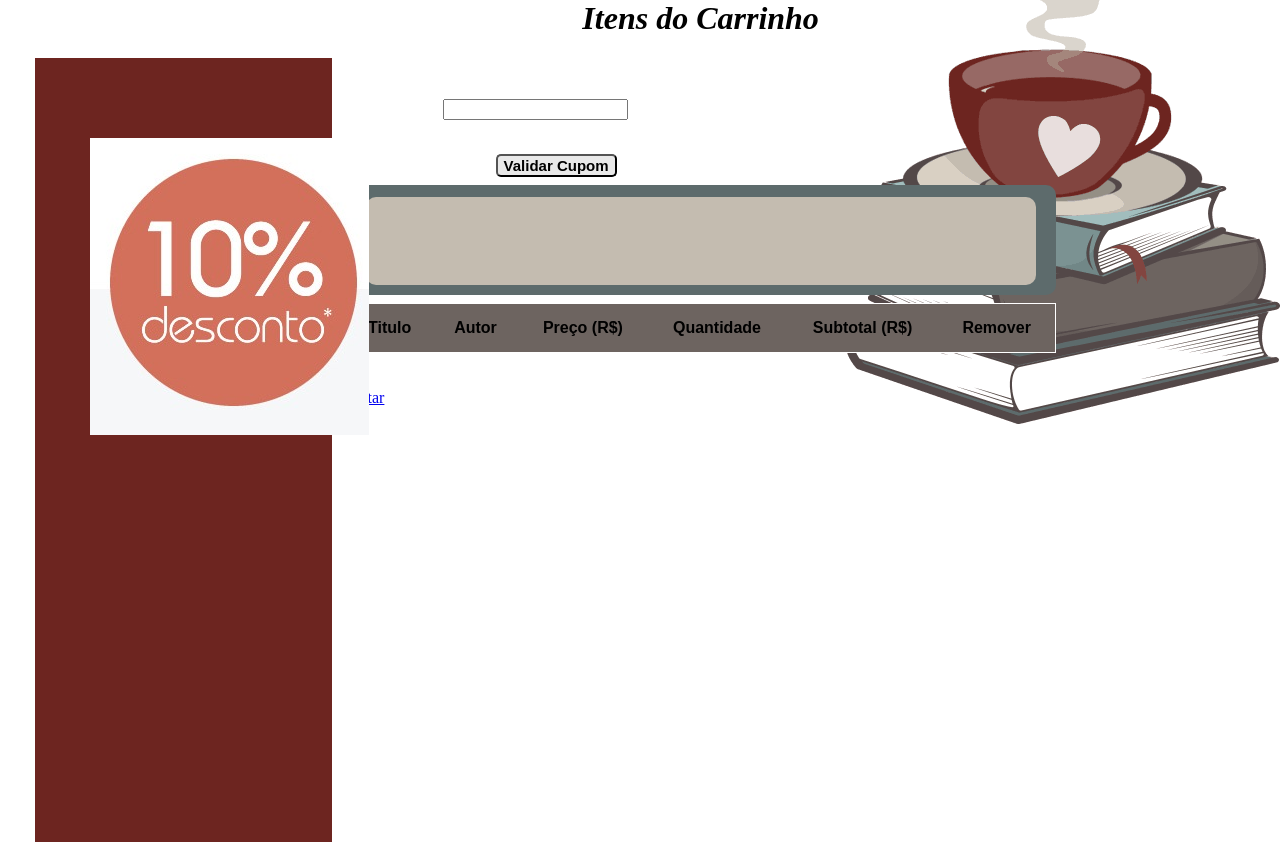
Repository: gabriellacrystina/ProjetoTegra
Page: http://localhost/book-store/meuCarrinho.jsp
The author's editor kept a copy of each file at every save. The page is drawn from the files as they stood at one save, then again after the next save.
The browser window is 1280 px wide. The pictures show the whole page.
The page is served by Tomcat 9. Nobody is signed in. The application's start-up code is not run. The template is opened directly, without the code that normally fills it, so the values that code supplies are empty.

Above is the page before, as saved 2016-07-07 20:01:55.

After the next save:
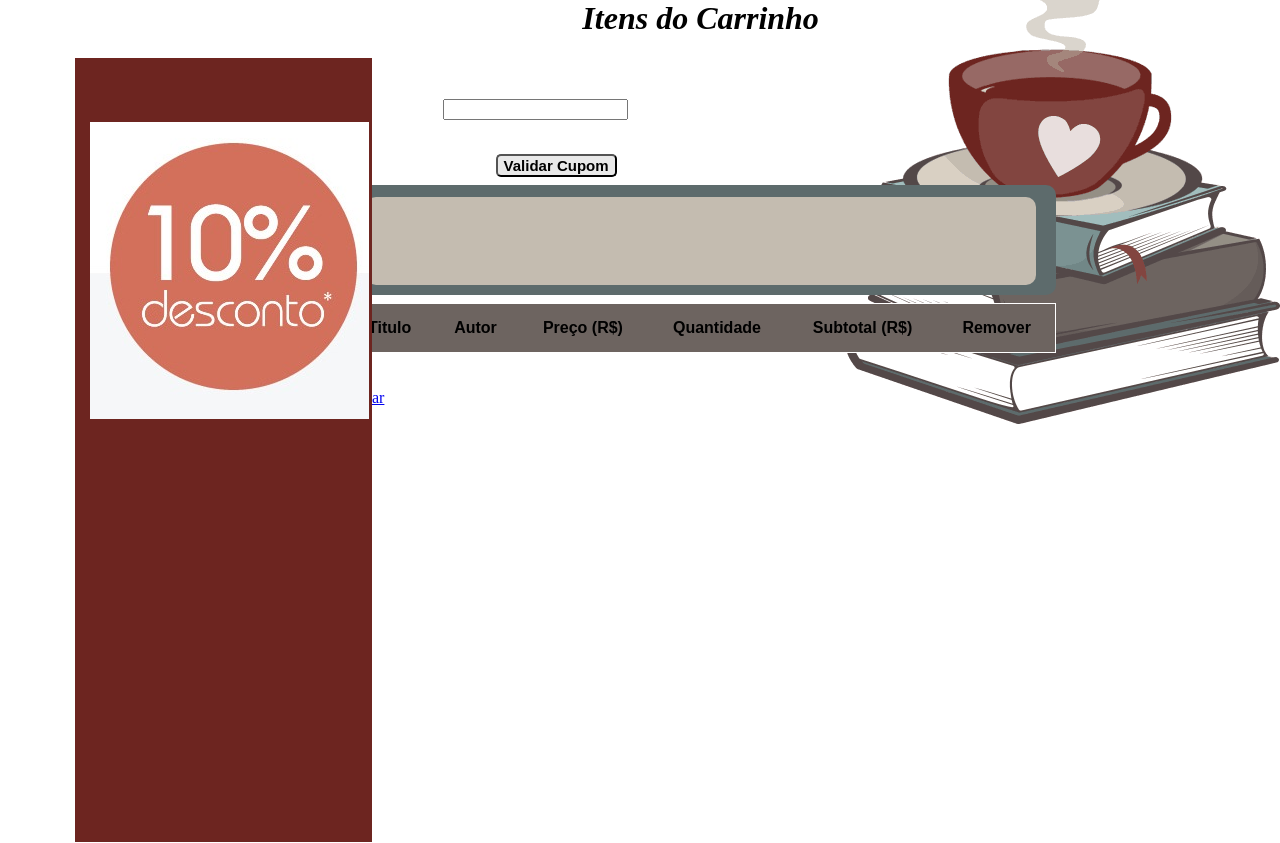
Saved 73 s later.
--- a/book-store/WebContent/meuCarrinho.jsp
+++ b/book-store/WebContent/meuCarrinho.jsp
@@ -15,11 +15,9 @@
 			<h1>Itens do Carrinho</h1>
 
 			<section class="cupom">
-				<div class="desconto">
-					<figure>
-						<img alt="15px" src="desconto.jpg" />
-					</figure>
-				</div>
+				<figure class="desconto">
+					<img alt="15px" src="desconto.jpg" />
+				</figure>
 				<h3>Possui cumpom de desconto?</h3>
 				<p>Informe aqui: <input type="text" maxlength="15"></p>
 				<br>
